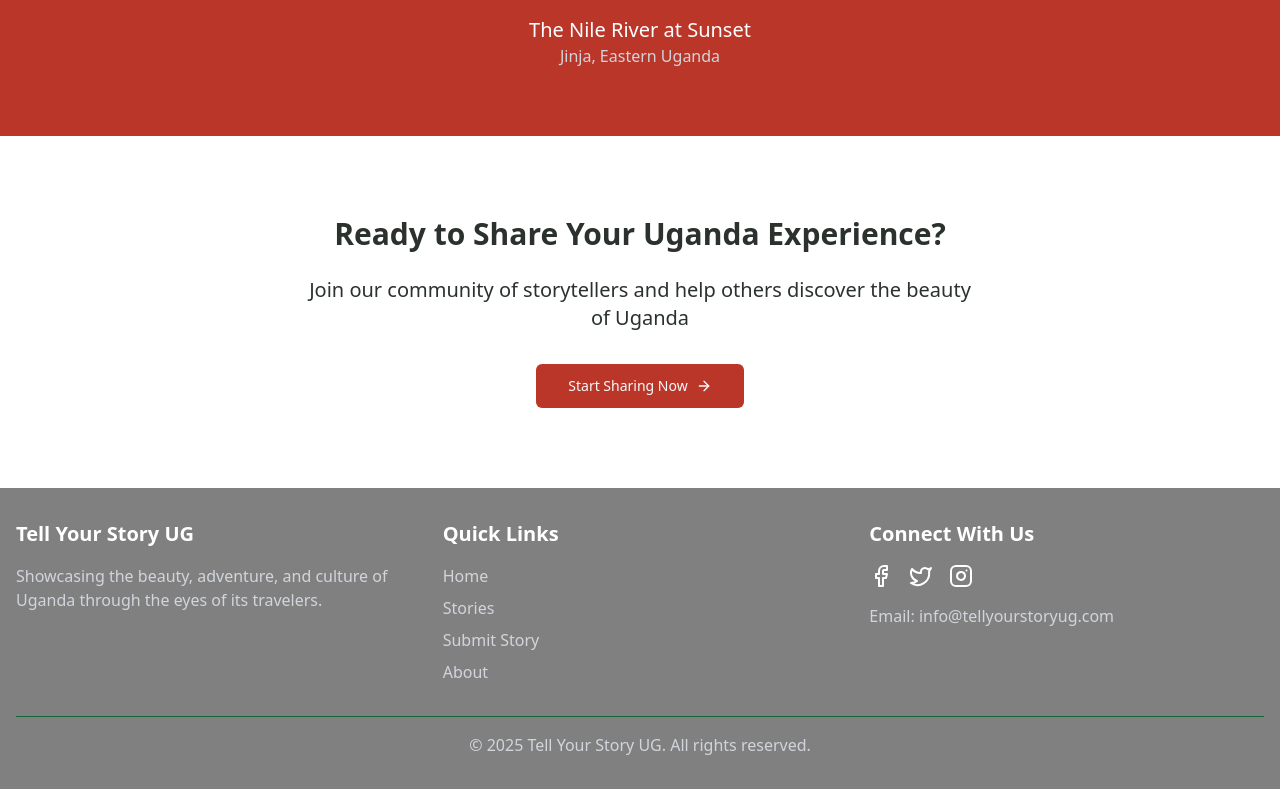
Repository: kaizoku010/take.part
Page: /
An editor plug-in stored every save of this project. The page is shown before and after the next save, followed by the edit.
The browser window is 1280 px wide. The pictures show the part of the page from y = 2259 to 3048 px (the page is 3048 px tall).
The project was rebuilt for these pictures with package versions that can differ from the ones it lists, and the page was loaded fresh each time. Also part of the build but not shown: vite.config.ts, src/components/ui/tooltip.tsx, src/pages/About.tsx, src/components/ui/input.tsx, src/pages/Stories.tsx, src/pages/StoryDetail.tsx, src/components/ui/use-toast.ts, src/components/ui/label.tsx and 3 more.

Above is the page before, as saved 2025-04-14 14:28:26.

### index.html

<!DOCTYPE html>
<html lang="en">
  <head>
    <meta charset="UTF-8" />
    <meta name="viewport" content="width=device-width, initial-scale=1.0" />
    <title>Tell Your Story</title>
    <meta name="description" content="Share your Ugandan tourism experiences and inspire others to explore the Pearl of Africa" />
    <meta name="author" content="muneza dixon" />

    <meta property="og:title" content="Tell Your Story UG - Explore Uganda" />
    <meta property="og:description" content="Share your Ugandan tourism experiences and inspire others to explore the Pearl of Africa" />

    <!-- Meta Pixel Code -->
    <script>
    !function(f,b,e,v,n,t,s)
    {if(f.fbq)return;n=f.fbq=function(){n.callMethod?
    n.callMethod.apply(n,arguments):n.queue.push(arguments)};
    if(!f._fbq)f._fbq=n;n.push=n;n.loaded=!0;n.version='2.0';
    n.queue=[];t=b.createElement(e);t.async=!0;
    t.src=v;s=b.getElementsByTagName(e)[0];
    s.parentNode.insertBefore(t,s)}(window, document,'script',
    'https://connect.facebook.net/en_US/fbevents.js');
    fbq('init', '1846327909352916');
    fbq('track', 'PageView');
    </script>
    <!-- End Meta Pixel Code -->
  </head>

  <body>
    <div id="root"></div>
    <!-- Facebook Pixel noscript -->
    <noscript><img height="1" width="1" style="display:none"
    src="https://www.facebook.com/tr?id=1846327909352916&ev=PageView&noscript=1"
    /></noscript>
    <!-- IMPORTANT: DO NOT REMOVE THIS SCRIPT TAG OR THIS VERY COMMENT! -->
    <script src="https://cdn.gpteng.co/gptengineer.js" type="module"></script>
    <script type="module" src="/src/main.tsx"></script>
  </body>
</html>

### src/App.tsx

import { Toaster } from "@/components/ui/toaster";
import { Toaster as Sonner } from "@/components/ui/sonner";
import { TooltipProvider } from "@/components/ui/tooltip";
import { QueryClient, QueryClientProvider } from "@tanstack/react-query";
import { BrowserRouter, Routes, Route } from "react-router-dom";
import Home from "./pages/Home";
import About from "./pages/About";
import Stories from "./pages/Stories";
import StoryDetail from "./pages/StoryDetail";
import SubmitStory from "./pages/SubmitStory";
import NotFound from "./pages/NotFound";
import "./mdx.css";

const queryClient = new QueryClient();

const App = () => (
  <QueryClientProvider client={queryClient}>
    <TooltipProvider>
      <Toaster />
      <Sonner />
      <BrowserRouter>
        <Routes>
          <Route path="/" element={<Home />} />
          <Route path="/about" element={<About />} />
          <Route path="/stories" element={<Stories />} />
          <Route path="/stories/:id" element={<StoryDetail />} />
          <Route path="/submit-story" element={<SubmitStory />} />
          {/* ADD ALL CUSTOM ROUTES ABOVE THE CATCH-ALL "*" ROUTE */}
          <Route path="*" element={<NotFound />} />
        </Routes>
      </BrowserRouter>
    </TooltipProvider>
  </QueryClientProvider>
);

export default App;

### src/index.css
@tailwind base;
@tailwind components;
@tailwind utilities;

@layer base {
  :root {
    --background: 0 0% 100%;
    --foreground: 222.2 84% 4.9%;

    --card: 0 0% 100%;
    --card-foreground: 222.2 84% 4.9%;

    --popover: 0 0% 100%;
    --popover-foreground: 222.2 84% 4.9%;

    /* Main Orange/Gold */
    --primary: 41.81 100% 49.8%;
    --primary-foreground: 210 40% 98%;

    /* Rust Red */
    --secondary: 5.38 63.88% 44.51%;
    --secondary-foreground: 210 40% 98%;

    /* Change accent to Rust Red */
    --accent: 5.38 63.88% 44.51%;
    --accent-foreground: 210 40% 98%;

    --muted: 210 40% 96.1%;
    --muted-foreground: 215.4 16.3% 46.9%;

    --destructive: 0 84.2% 60.2%;
    --destructive-foreground: 210 40% 98%;

    --border: 214.3 31.8% 91.4%;
    --input: 214.3 31.8% 91.4%;
    --ring: 5.38 63.88% 44.51%;  /* Changed to Rust Red */

    --radius: 0.5rem;

    --sidebar-background: 0 0% 98%;

    --sidebar-foreground: 240 5.3% 26.1%;

    --sidebar-primary: 240 5.9% 10%;

    --sidebar-primary-foreground: 0 0% 98%;

    --sidebar-accent: 240 4.8% 95.9%;

    --sidebar-accent-foreground: 240 5.9% 10%;

    --sidebar-border: 220 13% 91%;

    --sidebar-ring: 217.2 91.2% 59.8%;
  }

  .dark {
    --background: 222.2 84% 4.9%;
    --foreground: 210 40% 98%;

    --card: 222.2 84% 4.9%;
    --card-foreground: 210 40% 98%;

    --popover: 222.2 84% 4.9%;
    --popover-foreground: 210 40% 98%;

    /* Main Orange/Gold */
    --primary: 41.81 100% 49.8%;
    --primary-foreground: 210 40% 98%;

    /* Rust Red */
    --secondary: 5.38 63.88% 44.51%;
    --secondary-foreground: 210 40% 98%;

    /* Change accent to Rust Red */
    --accent: 5.38 63.88% 44.51%;
    --accent-foreground: 210 40% 98%;

    --muted: 217.2 32.6% 17.5%;
    --muted-foreground: 215 20.2% 65.1%;

    --destructive: 0 62.8% 30.6%;
    --destructive-foreground: 210 40% 98%;

    --border: 217.2 32.6% 17.5%;
    --input: 217.2 32.6% 17.5%;
    --ring: 5.38 63.88% 44.51%;  /* Changed to Rust Red */
    --sidebar-background: 240 5.9% 10%;
    --sidebar-foreground: 240 4.8% 95.9%;
    --sidebar-primary: 224.3 76.3% 48%;
    --sidebar-primary-foreground: 0 0% 100%;
    --sidebar-accent: 240 3.7% 15.9%;
    --sidebar-accent-foreground: 240 4.8% 95.9%;
    --sidebar-border: 240 3.7% 15.9%;
    --sidebar-ring: 217.2 91.2% 59.8%;
  }
}

@layer base {
  * {
    @apply border-border;
  }

  body {
    @apply bg-background text-foreground;
  }
}

### src/components/ui/toaster.tsx
import { useToast } from "@/hooks/use-toast"
import {
  Toast,
  ToastClose,
  ToastDescription,
  ToastProvider,
  ToastTitle,
  ToastViewport,
} from "@/components/ui/toast"

export function Toaster() {
  const { toasts } = useToast()

  return (
    <ToastProvider>
      {toasts.map(function ({ id, title, description, action, ...props }) {
        return (
          <Toast key={id} {...props}>
            <div className="grid gap-1">
              {title && <ToastTitle>{title}</ToastTitle>}
              {description && (
                <ToastDescription>{description}</ToastDescription>
              )}
            </div>
            {action}
            <ToastClose />
          </Toast>
        )
      })}
      <ToastViewport />
    </ToastProvider>
  )
}

### src/components/ui/sonner.tsx
import { useTheme } from "next-themes"
import { Toaster as Sonner, toast } from "sonner"

type ToasterProps = React.ComponentProps<typeof Sonner>

const Toaster = ({ ...props }: ToasterProps) => {
  const { theme = "system" } = useTheme()

  return (
    <Sonner
      theme={theme as ToasterProps["theme"]}
      className="toaster group"
      toastOptions={{
        classNames: {
          toast:
            "group toast group-[.toaster]:bg-background group-[.toaster]:text-foreground group-[.toaster]:border-border group-[.toaster]:shadow-lg",
          description: "group-[.toast]:text-muted-foreground",
          actionButton:
            "group-[.toast]:bg-primary group-[.toast]:text-primary-foreground",
          cancelButton:
            "group-[.toast]:bg-muted group-[.toast]:text-muted-foreground",
        },
      }}
      {...props}
    />
  )
}

export { Toaster, toast }

### src/mdx.css
/* #hero-text{
    font-size: medium !important;
} */

#logo{
    width: 6rem !important;
}

#link{
    font-weight: 500;
color:rgba(0, 0, 0, 0.658) !important;
}


.bg-green-800{
    background-color: #ba3629 !important;
}

.bg-yellow-800{
    background-color: rgb(254, 177, 0) !important;
}

.bg-green-900 {
background-color: gray !important;
}


.text-green-800 {
    --tw-text-opacity: 1;
    color: rgb(43 49 45) !important;
}

### src/components/ui/button.tsx
import * as React from "react"
import { Slot } from "@radix-ui/react-slot"
import { cva, type VariantProps } from "class-variance-authority"

import { cn } from "@/lib/utils"

const buttonVariants = cva(
  "inline-flex items-center justify-center gap-2 whitespace-nowrap rounded-md text-sm font-medium ring-offset-background transition-colors focus-visible:outline-none focus-visible:ring-2 focus-visible:ring-ring focus-visible:ring-offset-2 disabled:pointer-events-none disabled:opacity-50 [&_svg]:pointer-events-none [&_svg]:size-4 [&_svg]:shrink-0",
  {
    variants: {
      variant: {
        default: "bg-primary text-primary-foreground hover:bg-primary/90",
        destructive:
          "bg-destructive text-destructive-foreground hover:bg-destructive/90",
        outline:
          "border border-input bg-background hover:bg-accent hover:text-accent-foreground",
        secondary:
          "bg-secondary text-secondary-foreground hover:bg-secondary/80",
        ghost: "hover:bg-accent hover:text-accent-foreground",
        link: "text-primary underline-offset-4 hover:underline",
      },
      size: {
        default: "h-10 px-4 py-2",
        sm: "h-9 rounded-md px-3",
        lg: "h-11 rounded-md px-8",
        icon: "h-10 w-10",
      },
    },
    defaultVariants: {
      variant: "default",
      size: "default",
    },
  }
)

export interface ButtonProps
  extends React.ButtonHTMLAttributes<HTMLButtonElement>,
    VariantProps<typeof buttonVariants> {
  asChild?: boolean
}

const Button = React.forwardRef<HTMLButtonElement, ButtonProps>(
  ({ className, variant, size, asChild = false, ...props }, ref) => {
    const Comp = asChild ? Slot : "button"
    return (
      <Comp
        className={cn(buttonVariants({ variant, size, className }))}
        ref={ref}
        {...props}
      />
    )
  }
)
Button.displayName = "Button"

export { Button, buttonVariants }

### src/components/ui/card.tsx
import * as React from "react"

import { cn } from "@/lib/utils"

const Card = React.forwardRef<
  HTMLDivElement,
  React.HTMLAttributes<HTMLDivElement>
>(({ className, ...props }, ref) => (
  <div
    ref={ref}
    className={cn(
      "rounded-lg border bg-card text-card-foreground shadow-sm",
      className
    )}
    {...props}
  />
))
Card.displayName = "Card"

const CardHeader = React.forwardRef<
  HTMLDivElement,
  React.HTMLAttributes<HTMLDivElement>
>(({ className, ...props }, ref) => (
  <div
    ref={ref}
    className={cn("flex flex-col space-y-1.5 p-6", className)}
    {...props}
  />
))
CardHeader.displayName = "CardHeader"

const CardTitle = React.forwardRef<
  HTMLParagraphElement,
  React.HTMLAttributes<HTMLHeadingElement>
>(({ className, ...props }, ref) => (
  <h3
    ref={ref}
    className={cn(
      "text-2xl font-semibold leading-none tracking-tight",
      className
    )}
    {...props}
  />
))
CardTitle.displayName = "CardTitle"

const CardDescription = React.forwardRef<
  HTMLParagraphElement,
  React.HTMLAttributes<HTMLParagraphElement>
>(({ className, ...props }, ref) => (
  <p
    ref={ref}
    className={cn("text-sm text-muted-foreground", className)}
    {...props}
  />
))
CardDescription.displayName = "CardDescription"

const CardContent = React.forwardRef<
  HTMLDivElement,
  React.HTMLAttributes<HTMLDivElement>
>(({ className, ...props }, ref) => (
  <div ref={ref} className={cn("p-6 pt-0", className)} {...props} />
))
CardContent.displayName = "CardContent"

const CardFooter = React.forwardRef<
  HTMLDivElement,
  React.HTMLAttributes<HTMLDivElement>
>(({ className, ...props }, ref) => (
  <div
    ref={ref}
    className={cn("flex items-center p-6 pt-0", className)}
    {...props}
  />
))
CardFooter.displayName = "CardFooter"

export { Card, CardHeader, CardFooter, CardTitle, CardDescription, CardContent }

### src/components/layout/Layout.tsx

import { ReactNode } from "react";
import Header from "./Header";
import Footer from "./Footer";

interface LayoutProps {
  children: ReactNode;
}

const Layout = ({ children }: LayoutProps) => {
  return (
    <div className="flex flex-col min-h-screen">
      <Header />
      <main className="flex-grow">
        {children}
      </main>
      <Footer />
    </div>
  );
};

export default Layout;

### src/components/layout/Header.tsx

import { useState } from "react";
import { Menu, X } from "lucide-react";
import { Link } from "react-router-dom";
import Logo from "../../media/logo.png";

const Header = () => {
  const [isMenuOpen, setIsMenuOpen] = useState(false);

  const toggleMenu = () => {
    setIsMenuOpen(!isMenuOpen);
  };

  return (
    <header className="text-white shadow-md">
      <div className="container mx-auto px-4 py-4">
        <div className="flex justify-between items-center">
          <Link to="/" className="text-2xl font-bold flex items-center gap-2">
            <img id="logo" src={Logo} alt="Logo" />
            {/* <span className="text-white">Tell Your Story</span> */}
          </Link>

          {/* Desktop Navigation */}
          <nav className="hidden md:flex space-x-8">
            <Link to="/" id="link" className="hover:text-yellow-400 transition-colors">Home</Link>
            <Link to="/stories" id="link" className="hover:text-yellow-400 transition-colors">Stories</Link>
            <Link to="/submit-story" id="link" className="hover:text-yellow-400 transition-colors">Submit Story</Link>
            <Link to="/about" id="link" className="hover:text-yellow-400 transition-colors">About</Link>
          </nav>

          {/* Mobile Menu Button */}
          <button
            onClick={toggleMenu}
            className="md:hidden text-white focus:outline-none"
          >
            {isMenuOpen ? <X size={24} /> : <Menu size={24} />}
          </button>
        </div>

        {/* Mobile Navigation */}
        {isMenuOpen && (
          <nav className="md:hidden pt-4 pb-2">
            <div className="flex flex-col space-y-3">
              <Link
                to="/"
                id="link"
                className="hover:text-yellow-400 transition-colors py-2"
                onClick={() => setIsMenuOpen(false)}
              >
                Home
              </Link>
              <Link
                to="/stories"
                id="link"
                className="hover:text-yellow-400 transition-colors py-2"
                onClick={() => setIsMenuOpen(false)}
              >
                Stories
              </Link>
              <Link
                to="/submit-story"
                id="link"
                className="hover:text-yellow-400 transition-colors py-2"
                onClick={() => setIsMenuOpen(false)}
              >
                Submit Story
              </Link>
              <Link
                to="/about"
                id="link"
                className="hover:text-yellow-400 transition-colors py-2"
                onClick={() => setIsMenuOpen(false)}
              >
                About
              </Link>
            </div>
          </nav>
        )}
      </div>
    </header>
  );
};

export default Header;

### src/components/layout/Footer.tsx

import { Facebook, Instagram, Twitter } from "lucide-react";
import { Link } from "react-router-dom";

const Footer = () => {
  return (
    <footer className="bg-green-900 text-white py-8">
      <div className="container mx-auto px-4">
        <div className="grid grid-cols-1 md:grid-cols-3 gap-8">
          <div>
            <h3 className="text-xl font-bold mb-4">Tell Your Story UG</h3>
            <p className="text-gray-300">
              Showcasing the beauty, adventure, and culture of Uganda through the eyes of its travelers.
            </p>
          </div>

          <div>
            <h3 className="text-xl font-bold mb-4">Quick Links</h3>
            <ul className="space-y-2">
              <li><Link to="/" className="text-gray-300 hover:text-yellow-400 transition-colors">Home</Link></li>
              <li><Link to="/stories" className="text-gray-300 hover:text-yellow-400 transition-colors">Stories</Link></li>
              <li><Link to="/submit-story" className="text-gray-300 hover:text-yellow-400 transition-colors">Submit Story</Link></li>
              <li><Link to="/about" className="text-gray-300 hover:text-yellow-400 transition-colors">About</Link></li>
            </ul>
          </div>

          <div>
            <h3 className="text-xl font-bold mb-4">Connect With Us</h3>
            <div className="flex space-x-4">
              <a href="https://facebook.com" target="_blank" rel="noopener noreferrer" className="hover:text-yellow-400 transition-colors">
                <Facebook size={24} />
              </a>
              <a href="https://twitter.com" target="_blank" rel="noopener noreferrer" className="hover:text-yellow-400 transition-colors">
                <Twitter size={24} />
              </a>
              <a href="https://instagram.com" target="_blank" rel="noopener noreferrer" className="hover:text-yellow-400 transition-colors">
                <Instagram size={24} />
              </a>
            </div>
            <p className="mt-4 text-gray-300">
              Email: <a href="mailto:info@tellyourstoryug.com" className="hover:text-yellow-400 transition-colors">info@tellyourstoryug.com</a>
            </p>
          </div>
        </div>

        <div className="mt-8 pt-4 border-t border-green-800 text-center text-gray-300">
          <p>&copy; {new Date().getFullYear()} Tell Your Story UG. All rights reserved.</p>
        </div>
      </div>
    </footer>
  );
};

export default Footer;

### tailwind.config.ts
import type { Config } from "tailwindcss";

export default {
	darkMode: ["class"],
	content: [
		"./pages/**/*.{ts,tsx}",
		"./components/**/*.{ts,tsx}",
		"./app/**/*.{ts,tsx}",
		"./src/**/*.{ts,tsx}",
	],
	prefix: "",
	theme: {
		container: {
			center: true,
			padding: '2rem',
			screens: {
				'2xl': '1400px'
			}
		},
		extend: {
			colors: {
				main: 'hsl(41.81, 100%, 49.8%)',    // Orange/Gold
				accent: 'hsl(5.38, 63.88%, 44.51%)', // Rust Red
				border: 'hsl(var(--border))',
				input: 'hsl(var(--input))',
				ring: 'hsl(var(--ring))',
				background: 'hsl(var(--background))',
				foreground: 'hsl(var(--foreground))',
				primary: {
					DEFAULT: 'hsl(var(--primary))',
					foreground: 'hsl(var(--primary-foreground))'
				},
				secondary: {
					DEFAULT: 'hsl(var(--secondary))',
					foreground: 'hsl(var(--secondary-foreground))'
				},
				destructive: {
					DEFAULT: 'hsl(var(--destructive))',
					foreground: 'hsl(var(--destructive-foreground))'
				},
				muted: {
					DEFAULT: 'hsl(var(--muted))',
					foreground: 'hsl(var(--muted-foreground))'
				},
				// accent: {
				// 	DEFAULT: 'hsl(var(--accent))',
				// 	foreground: 'hsl(var(--accent-foreground))'
				// },
				popover: {
					DEFAULT: 'hsl(var(--popover))',
					foreground: 'hsl(var(--popover-foreground))'
				},
				card: {
					DEFAULT: 'hsl(var(--card))',
					foreground: 'hsl(var(--card-foreground))'
				},
				sidebar: {
					DEFAULT: 'hsl(var(--sidebar-background))',
					foreground: 'hsl(var(--sidebar-foreground))',
					primary: 'hsl(var(--sidebar-primary))',
					'primary-foreground': 'hsl(var(--sidebar-primary-foreground))',
					accent: 'hsl(var(--sidebar-accent))',
					'accent-foreground': 'hsl(var(--sidebar-accent-foreground))',
					border: 'hsl(var(--sidebar-border))',
					ring: 'hsl(var(--sidebar-ring))'
				}
			},
			borderRadius: {
				lg: 'var(--radius)',
				md: 'calc(var(--radius) - 2px)',
				sm: 'calc(var(--radius) - 4px)'
			},
			keyframes: {
				'accordion-down': {
					from: {
						height: '0'
					},
					to: {
						height: 'var(--radix-accordion-content-height)'
					}
				},
				'accordion-up': {
					from: {
						height: 'var(--radix-accordion-content-height)'
					},
					to: {
						height: '0'
					}
				}
			},
			animation: {
				'accordion-down': 'accordion-down 0.2s ease-out',
				'accordion-up': 'accordion-up 0.2s ease-out'
			}
		}
	},
	plugins: [require("tailwindcss-animate")],
} satisfies Config;

Loaded but not shown: src/main.tsx (common file); src/hooks/use-toast.ts (common file); src/lib/utils.ts (common file); src/pages/Home.tsx (239 lines, source omitted); src/components/ui/carousel.tsx (260 lines, source omitted); src/components/ui/toast.tsx (127 lines, source omitted)

After the next save:
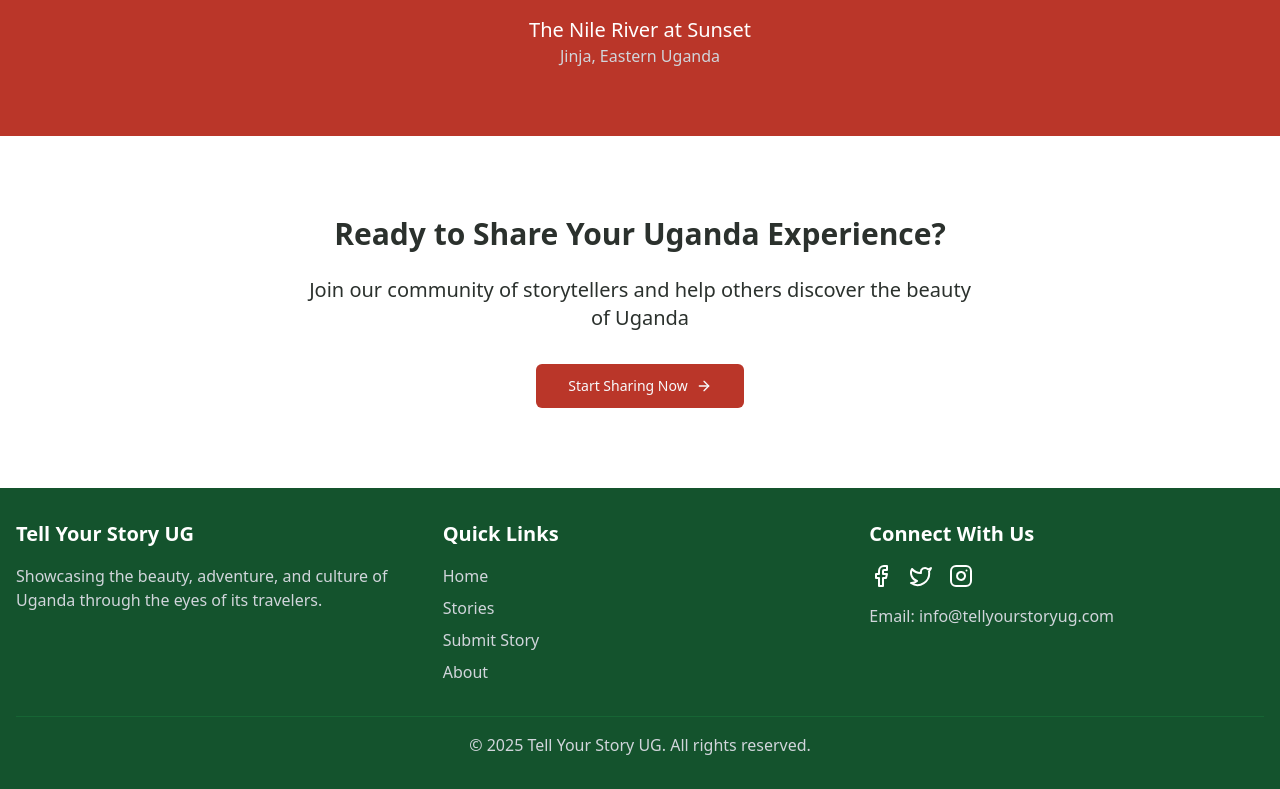
Saved 14 s later.
--- a/src/mdx.css
+++ b/src/mdx.css
@@ -20,9 +20,6 @@
     background-color: rgb(254, 177, 0) !important;
 }
 
-.bg-green-900 {
-background-color: gray !important;
-}
 
 
 .text-green-800 {

After the 2 saves that followed:
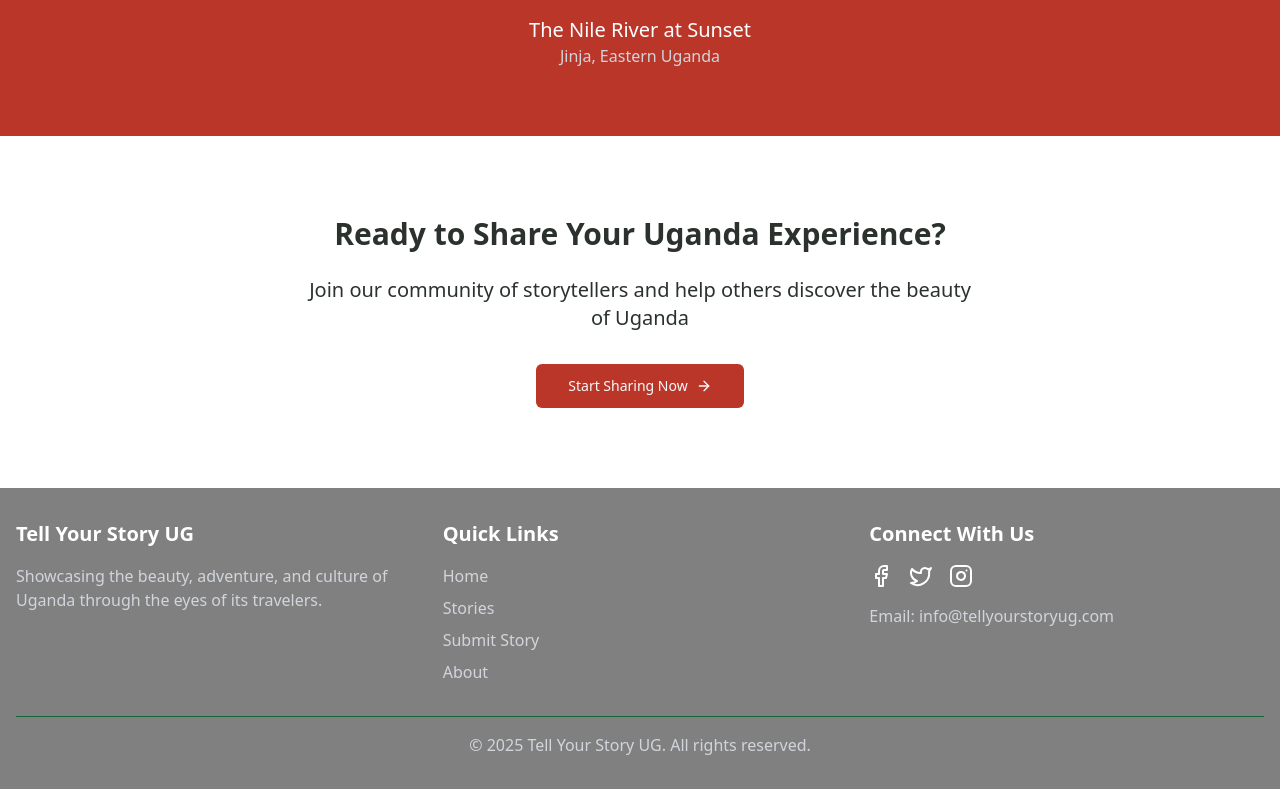
The 2 saves are shown as one change because they came seconds apart.
The last was saved 6 s later.
--- a/src/mdx.css
+++ b/src/mdx.css
@@ -20,6 +20,9 @@
     background-color: rgb(254, 177, 0) !important;
 }
 
+.bg-green-900 {
+background-color: gray !important;
+}
 
 
 .text-green-800 {
